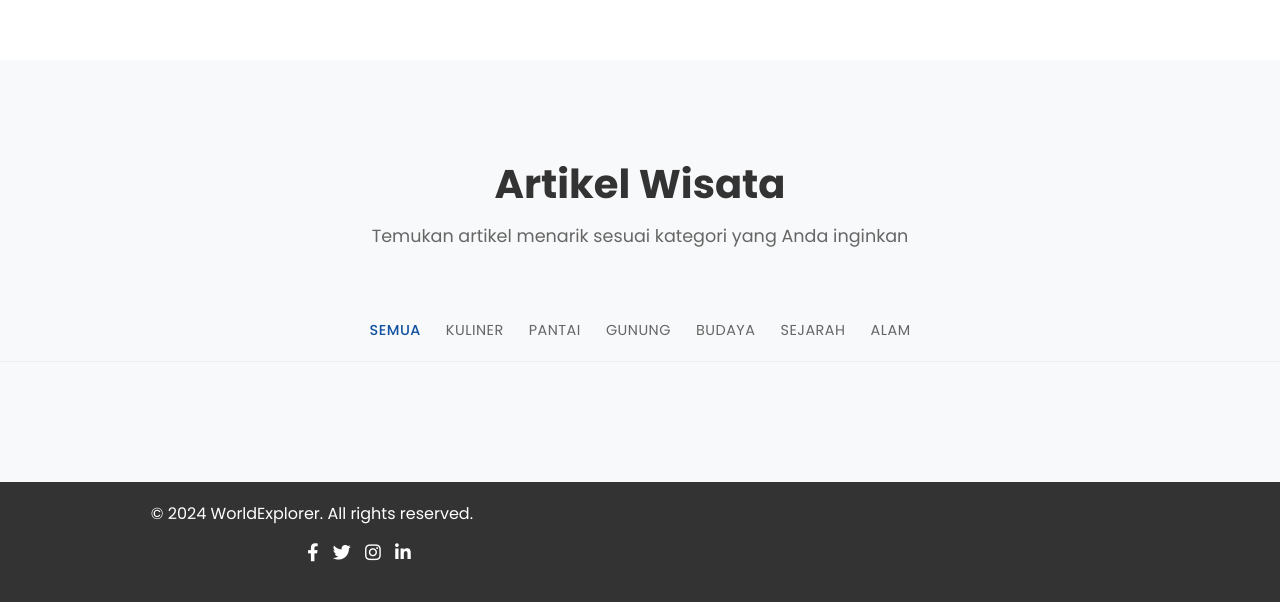
Repository: jalssonn/UAS_FRONTEND_NEW
Page: frontend/index.html
These files come from the project's save history. The page is drawn as it stood at one moment and after the next save; the edit follows.
The browser window is 1280 px wide. The pictures show the part of the page from y = 3750 to 4352 px (the page is 4352 px tall).
A picture or video elsewhere on the page could not be fetched, so the positions and the page height are approximate. The page's requests for data from a server got no answer.

Above is the page before, as saved 2024-12-06 04:06:21.

### frontend/index.html
<!DOCTYPE html>
<html ng-app="articleApp">
<head>
    <title>WorldExplorer</title>
    <!-- Fonts -->
    <link href="https://fonts.googleapis.com/css2?family=Poppins:wght@400;500;600;700&display=swap" rel="stylesheet">

    <!-- Dependencies -->
    <script src="https://ajax.googleapis.com/ajax/libs/angularjs/1.8.2/angular.min.js"></script>
    <link href="https://cdn.jsdelivr.net/npm/bootstrap@5.1.3/dist/css/bootstrap.min.css" rel="stylesheet">
    <link rel="stylesheet" href="https://cdnjs.cloudflare.com/ajax/libs/font-awesome/5.15.4/css/all.min.css">

    <!-- Custom CSS -->
    <link rel="stylesheet" href="styles/main.css">
</head>
<body>
    <div ng-controller="ArticleController">
        <!-- Navbar -->
        <nav class="navbar navbar-expand-lg">
            <div class="container">
                <a class="navbar-brand" href="#">
                    <i class="fas fa-globe-asia me-2"></i>WorldExplorer
                </a>
                <div class="d-flex align-items-center">
                    <div ng-if="isLoggedIn()">
                        <a href="profile.html" class="btn btn-light me-2">
                            <i class="fas fa-user"></i> {{user.username}}
                        </a>
                        <a href="/admin/dashboard.html" class="btn btn-primary me-2" ng-if="user.role === 'admin'">
                            Admin Dashboard
                        </a>
                        <button class="btn btn-outline-light" ng-click="logout()">Logout</button>
                    </div>
                    <div ng-if="!isLoggedIn()">
                        <a href="login.html" class="btn btn-outline-light me-2">Login</a>
                        <a href="register.html" class="btn btn-light">Register</a>
                    </div>
                </div>
            </div>
        </nav>

        <!-- Hero Section with Carousel Background -->
        <div class="hero-section">
            <div class="carousel-background"
                 ng-repeat="image in backgroundImages"
                 ng-style="{'background-image': 'url(' + image + ')'}"
                 ng-class="{'active': $index === currentBackgroundIndex, 'prev': $index === prevBackgroundIndex}">
                <div class="overlay"></div>
            </div>

            <div class="hero-content">
                <h1>WorldExplorer</h1>
                <p>Temukan destinasi wisata impian Anda dari berbagai penjuru dunia</p>

                <!-- Search Box -->
                <div class="search-container">
                    <form ng-submit="searchArticles()" class="search-form">
                        <div class="search-wrapper">
                            <input type="text"
                                   ng-model="searchQuery"
                                   placeholder="Cari destinasi wisata impian Anda..."
                                   class="search-input"
                                   required>
                            <button type="submit" class="search-button">
                                <i class="fas fa-search"></i>
                            </button>
                        </div>
                    </form>
                </div>
            </div>
        </div>

        <!-- Why WorldExplorer Section -->
        <div class="why-aviatour-section">
            <h2 class="section-title">Why WorldExplorer</h2>

            <div class="features-container">
                <div class="feature-item">
                    <div class="feature-content">
                        <h3>Penyedia Perjalanan Terbaik</h3>
                        <p>Kami berkomitmen menjadikan setiap liburan Anda penuh cerita berharga...</p>
                    </div>
                    <div class="feature-image">
                        <img src="images/feature-1.jpg" alt="Penyedia Perjalanan Terbaik">
                    </div>
                </div>

                <div class="feature-item reverse">
                    <div class="feature-content">
                        <h3>Layanan Agen Berpengalaman</h3>
                        <p>Dengan jam terbang yang tinggi, tim kami siap memberikan solusi terbaik...</p>
                    </div>
                    <div class="feature-image">
                        <img src="images/feature-2.jpg" alt="Layanan Agen Berpengalaman">
                    </div>
                </div>

                <div class="feature-item">
                    <div class="feature-content">
                        <h3>Pelayanan Premium dan Personal</h3>
                        <p>Rasakan perbedaan dengan pelayanan terbaik dan personal yang kami tawarkan...</p>
                    </div>
                    <div class="feature-image">
                        <img src="images/feature-3.jpg" alt="Pelayanan Premium">
                    </div>
                </div>

                <div class="feature-item reverse">
                    <div class="feature-content">
                        <h3>Nikmati Liburan Tanpa Beban</h3>
                        <p>Rasakan kebebasan sejati saat berlibur! Dengan pelayanan menyeluruh di setiap aspek...</p>
                    </div>
                    <div class="feature-image">
                        <img src="images/feature-4.jpg" alt="Liburan Tanpa Beban">
                    </div>
                </div>
            </div>
        </div>

        <!-- Loading State -->
        <div ng-if="loading" class="loading-spinner">
            <i class="fas fa-spinner fa-spin fa-2x"></i>
            <p>Memuat artikel...</p>
        </div>

        <!-- Error Message -->
        <div ng-if="error" class="alert alert-danger">
            <i class="fas fa-exclamation-circle me-2"></i>{{error}}
        </div>

        <!-- Travel Tips Section -->
        <div class="travel-tips-section">
            <div class="section-header">
                <h2>Travel Tips</h2>
                <p>Kiat-kiat perjalanan untuk pengalaman wisata yang lebih baik</p>
            </div>

            <button class="travel-nav-btn prev" ng-click="prevTip()">
                <i class="fas fa-chevron-left"></i>
            </button>
            <button class="travel-nav-btn next" ng-click="nextTip()">
                <i class="fas fa-chevron-right"></i>
            </button>

            <div class="travel-tips-container">
                <div class="tip-card" ng-repeat="tip in travelTips">
                    <img ng-src="{{tip.image}}" alt="{{tip.title}}">
                    <div class="tip-content">
                        <h3 class="tip-title">{{tip.title}}</h3>
                        <a href="{{tip.link}}" class="tip-link">
                            SEE MORE <i class="fas fa-arrow-right"></i>
                        </a>
                    </div>
                </div>
            </div>
        </div>

        <!-- Filter Section -->
        <div class="filter-title-section">
            <h2>Artikel Wisata</h2>
            <p>Temukan artikel menarik sesuai kategori yang Anda inginkan</p>
        </div>

        <div class="filter-section">
            <div class="category-list">
                <button class="category-btn"
                        ng-class="{'active': filter.category === ''}"
                        ng-click="filterByCategory('')">
                    Semua
                </button>
                <button class="category-btn"
                        ng-repeat="category in categories"
                        ng-class="{'active': filter.category === category}"
                        ng-click="filterByCategory(category)">
                    {{category}}
                </button>
            </div>
        </div>

        <!-- Articles List -->
        <div class="article-container">
            <div class="article-card" ng-repeat="article in articles">
                <img ng-src="{{article.image}}" alt="{{article.title}}" class="article-image">
                <div class="article-content">
                    <h3 class="article-title">{{article.title}}</h3>
                    <p class="article-description">{{article.content | truncate:100}}</p>
                    <div class="article-meta">
                        <span class="category">
                            <i class="fas fa-tag"></i> {{article.category}}
                        </span>
                        <span class="country">
                            <i class="fas fa-globe"></i> {{article.country}}
                        </span>
                    </div>
                    <button class="read-more-btn" ng-click="readMore(article)">
                        Baca Selengkapnya
                    </button>
                </div>
            </div>
        </div>

        <!-- View More Articles -->
        <div class="view-more-container" ng-if="articles.length > 0">
            <button class="view-more-btn" ng-click="viewAllArticles()">
                View More Articles <i class="fas fa-arrow-right"></i>
            </button>
        </div>

        <!-- Footer Section -->
        <footer class="footer">
            <div class="container">
                <div class="row justify-content-center">
                    <div class="col-auto text-center">
                        <p>&copy; 2024 WorldExplorer. All rights reserved.</p>
                    </div>
                    <div class="col-md-6 text-md-end">
                        <ul class="social-links">
                            <li><a href="#" class="fab fa-facebook-f"></a></li>
                            <li><a href="#" class="fab fa-twitter"></a></li>
                            <li><a href="#" class="fab fa-instagram"></a></li>
                            <li><a href="#" class="fab fa-linkedin-in"></a></li>
                        </ul>
                    </div>
                </div>
            </div>
        </footer>

    </div>

    <script src="script.js"></script>
</body>
</html>

### frontend/styles/main.css
/* Layout & General Styles */
body {
    background-color: #f8f9fa;
    font-family: 'Poppins', sans-serif;
}

.content-wrapper {
    padding: 40px 0;
    background-color: #ffffff;
    min-height: 100vh;
}

.section-title {
    color: #1e3c72;
    font-weight: 700;
    margin-bottom: 2rem;
    text-align: center;
    position: relative;
    padding-bottom: 15px;
}

.section-title:after {
    content: '';
    position: absolute;
    bottom: 0;
    left: 50%;
    transform: translateX(-50%);
    width: 50px;
    height: 3px;
    background: #1e3c72;
}

/* Navbar Styling */
.navbar {
    background: linear-gradient(to right, #1e3c72, #2a5298) !important;
    box-shadow: 0 4px 6px rgba(0,0,0,0.1);
    padding: 1rem 0;
}

.navbar-brand {
    font-size: 1.5rem;
    font-weight: 700;
    color: white !important;
}

.navbar .btn {
    border-radius: 20px;
    padding: 8px 20px;
    transition: all 0.3s ease;
}

.navbar .btn-outline-primary {
    border-color: white;
    color: white !important;
}

.navbar .btn-outline-primary:hover {
    background-color: white;
    color: #1e3c72 !important;
}

/* Card Styling */
.card {
    border: none;
    border-radius: 15px;
    transition: all 0.3s ease;
    box-shadow: 0 4px 6px rgba(0,0,0,0.1);
    overflow: hidden;
}

.card:hover {
    transform: translateY(-5px);
    box-shadow: 0 8px 15px rgba(0,0,0,0.2);
}

.card-img-top {
    height: 200px;
    object-fit: cover;
    transition: transform 0.3s ease;
}

.card:hover .card-img-top {
    transform: scale(1.05);
}

.card-body {
    padding: 1.5rem;
}

.card-title {
    color: #1e3c72;
    font-weight: 600;
    margin-bottom: 1rem;
}

/* Category Badge */
.category-badge {
    background: linear-gradient(to right, #1e3c72, #2a5298);
    color: white;
    padding: 6px 15px;
    border-radius: 20px;
    font-size: 0.85em;
    font-weight: 500;
    display: inline-block;
    margin-bottom: 12px;
    box-shadow: 0 2px 4px rgba(30,60,114,0.2);
}

/* Filter Section */
.filter-card {
    background: white;
    border-radius: 15px;
    padding: 20px;
    margin-bottom: 30px;
    margin-top: 100px;
    box-shadow: 0 4px 6px rgba(0,0,0,0.05);
}

.form-select {
    border-radius: 10px;
    padding: 10px;
    border-color: #e0e0e0;
}

.form-select:focus {
    border-color: #1e3c72;
    box-shadow: 0 0 0 0.2rem rgba(30,60,114,0.25);
}



/* Loading State */
.loading-spinner {
    text-align: center;
    padding: 40px;
    color: #1e3c72;
}

/* Error Message */
.alert-danger {
    border-radius: 10px;
    border: none;
    background-color: #fff5f5;
    color: #dc3545;
    padding: 15px 20px;
}

/* Responsive Adjustments */
@media (max-width: 768px) {
    .card-img-top {
        height: 180px;
    }

    .content-wrapper {
        padding: 20px 0;
    }

    .section-title {
        font-size: 1.5rem;
    }
}

/* Container untuk grid artikel */
.article-container {
    display: grid;
    grid-template-columns: repeat(3, 1fr); /* 3 kolom dengan lebar yang sama */
    gap: 20px;
    padding: 60px;
}

/* Style untuk setiap card artikel */
.article-card {
    background: white;
    border-radius: 15px;
    overflow: hidden;
    box-shadow: 0 4px 15px rgba(0, 0, 0, 0.1);
    transition: transform 0.3s ease;
    margin-bottom: 20px;
}

.article-card:hover {
    transform: translateY(-5px);
}

.article-image {
    width: 100%;
    height: 200px;
    object-fit: cover;
}

.article-content {
    padding: 20px;
}

.article-title {
    font-size: 1.2rem;
    font-weight: 600;
    margin-bottom: 10px;
    color: #333;
}

.article-description {
    font-size: 0.9rem;
    color: #666;
    line-height: 1.5;
    margin-bottom: 15px;
}

.article-meta {
    display: flex;
    gap: 15px;
    margin-bottom: 15px;
    font-size: 0.85rem;
    color: #666;
}

.article-meta span {
    display: flex;
    align-items: center;
    gap: 5px;
}

.article-meta i {
    color: #2196F3;
}

.read-more-btn {
    background: linear-gradient(45deg, #2196F3, #00BCD4);
    color: white;
    border: none;
    padding: 8px 15px;
    border-radius: 20px;
    font-size: 0.9rem;
    cursor: pointer;
    transition: all 0.3s ease;
}

.read-more-btn:hover {
    background: linear-gradient(45deg, #1976D2, #0097A7);
    transform: translateY(-2px);
}

/* Responsive design */
@media (max-width: 768px) {
    .article-image {
        height: 150px;
    }

    .article-content {
        padding: 15px;
    }

    .article-title {
        font-size: 1.1rem;
    }
}

/* Hero Section dengan Slide Carousel */
.hero-section {
    position: relative;
    min-height: 100vh;
    display: flex;
    align-items: center;
    justify-content: center;
    overflow: hidden;
}

.carousel-background {
    position: absolute;
    top: 0;
    left: 0;
    width: 100%;
    height: 100%;
    background-size: cover;
    background-position: center;
    opacity: 0;
    transition: all 1s ease;
    transform: translateX(100%);
}

.carousel-background.active {
    opacity: 1;
    transform: translateX(0);
}

.carousel-background.prev {
    opacity: 1;
    transform: translateX(-100%);
}

.overlay {
    position: absolute;
    top: 0;
    left: 0;
    width: 100%;
    height: 100%;
    background: rgba(44, 44, 84, 0.7);
}

.hero-content {
    position: relative;
    z-index: 2;
    text-align: center;
    max-width: 800px;
    padding: 0 20px;
    color: white;
}
.hero-content h1 {
    font-size: 3rem;
    font-weight: 700; /* Ubah font-weight menjadi lebih tebal */
    color: white;
    margin-bottom: 20px;
}

.hero-content p {
    font-size: 1.2rem;
    font-weight: 500; /* Sesuaikan font-weight untuk paragraf */
    color: white;
}

/* Tambahkan indikator dots */
.carousel-dots {
    position: absolute;
    bottom: 20px;
    left: 50%;
    transform: translateX(-50%);
    display: flex;
    gap: 10px;
    z-index: 3;
}

.dot {
    width: 10px;
    height: 10px;
    border-radius: 50%;
    background: rgba(255, 255, 255, 0.5);
    cursor: pointer;
    transition: all 0.3s ease;
}

.dot.active {
    background: white;
    transform: scale(1.2);
}

/* Search Box Styling */
.search-container {
    width: 100%;
    max-width: 600px;
    margin: 2rem auto;
    padding: 0 20px;
}

/* Wrapper untuk efek hover */
.search-wrapper {
    position: relative;
    display: flex;
    align-items: center;
    background: rgba(255, 255, 255, 0.95);
    border-radius: 50px;
    padding: 5px;
    box-shadow: 0 4px 15px rgba(0, 0, 0, 0.2);
    transition: all 0.3s ease;
}

.search-wrapper:hover {
    transform: translateY(-2px);
    box-shadow: 0 8px 25px rgba(0, 0, 0, 0.3);
}

/* Input pencarian */
.search-input {
    width: 100%;
    padding: 15px 25px;
    font-size: 1.1rem;
    border: none;
    background: transparent;
    color: #333;
    outline: none;
    transition: all 0.3s ease;
}

.search-input::placeholder {
    color: #888;
    transition: all 0.3s ease;
}

.search-input:focus::placeholder {
    opacity: 0.5;
}

/* Tombol submit */
.search-button {
    background: linear-gradient(45deg, #2196F3, #00BCD4);
    border: none;
    width: 50px;
    height: 50px;
    border-radius: 50%;
    display: flex;
    align-items: center;
    justify-content: center;
    cursor: pointer;
    transition: all 0.3s ease;
    margin-right: 5px;
}

.search-button:hover {
    transform: rotate(360deg);
    background: linear-gradient(45deg, #1976D2, #0097A7);
}

.search-button i {
    color: white;
    font-size: 1.2rem;
}

/* Animasi loading saat pencarian */
.search-wrapper.loading .search-button {
    animation: pulse 1.5s infinite;
}

@keyframes pulse {
    0% {
        transform: scale(1);
    }
    50% {
        transform: scale(1.1);
    }
    100% {
        transform: scale(1);
    }
}

/* Responsive design */
@media (max-width: 768px) {
    .search-container {
        max-width: 100%;
        padding: 0 15px;
    }

    .search-input {
        font-size: 1rem;
        padding: 12px 20px;
    }

    .search-button {
        width: 45px;
        height: 45px;
    }
}

/* Efek focus */
.search-wrapper:focus-within {
    box-shadow: 0 0 0 3px rgba(33, 150, 243, 0.3);
}

/* Animasi ketika form muncul */
.search-container {
    animation: slideDown 0.5s ease-out;
}

@keyframes slideDown {
    from {
        opacity: 0;
        transform: translateY(-20px);
    }
    to {
        opacity: 1;
        transform: translateY(0);
    }
}

/* Reset default margin/padding */
body, html {
    margin: 0;
    padding: 0;
    height: 100%;
}

/* Responsive Design */
@media (max-width: 768px) {
    .hero-content h1 {
        font-size: 2.5rem;
    }

    .hero-content p {
        font-size: 1rem;
    }

    .search-input {
        padding: 15px 50px;
        font-size: 1rem;
    }
}

/* Filter Section Styling */
.filter-section {
    padding: 15px 0;
    border-bottom: 1px solid #eee;
    text-align: center;
    margin-top: 50px;
}

.category-list {
    max-width: 1200px;
    margin: 0 auto;
    padding: 0 20px;
    display: flex;
    gap: 25px;
    align-items: center;
    justify-content: center;
}

.category-btn {
    background: none;
    border: none;
    padding: 5px 0;
    color: #666;
    font-size: 0.9rem;
    cursor: pointer;
    transition: color 0.3s ease;
    text-transform: uppercase;
    letter-spacing: 0.5px;
}

.category-btn:hover {
    color: #13529f;
}

.category-btn.active {
    color: #13529f;;
    font-weight: 500;
}

/* Styling untuk judul */
.filter-title-section {
    text-align: center;
    margin-bottom: 30px;
    margin-top: 100px;
}

.filter-title-section h2 {
    font-size: 2.5rem;  /* Ukuran font diperbesar */
    color: #333;
    margin-bottom: 15px;
    font-weight: 700;   /* Font weight ditambah */
}

.filter-title-section p {
    color: #666;
    font-size: 1.1rem;  /* Ukuran font deskripsi diperbesar sedikit */
    font-weight: 400;   /* Font weight normal untuk deskripsi */
}

/* View More Button Styling */
.view-more-container {
    text-align: center;
    margin: 40px 0;
    padding: 20px;
}

.view-more-btn {
    background: linear-gradient(45deg, #2196F3, #00BCD4);
    color: white;
    border: none;
    padding: 12px 30px;
    border-radius: 25px;
    font-size: 1rem;
    cursor: pointer;
    transition: all 0.3s ease;
    box-shadow: 0 4px 15px rgba(0, 0, 0, 0.1);
    display: inline-flex;
    align-items: center;
    gap: 10px;
}

.view-more-btn:hover {
    background: linear-gradient(45deg, #1976D2, #0097A7);
    transform: translateY(-2px);
    box-shadow: 0 6px 20px rgba(0, 0, 0, 0.15);
}

.view-more-btn i {
    transition: transform 0.3s ease;
}

.view-more-btn:hover i {
    transform: translateX(5px);
}

/* Pagination */
.pagination {
    justify-content: center;
}

.pagination .page-link {
    color: #1e3c72;
    border: none;
    padding: 10px 15px;
    margin: 0 5px;
    border-radius: 5px;
    transition: all 0.3s ease;
}

.pagination .page-link:hover {
    background-color: #e9ecef;
}

.pagination .active .page-link {
    background-color: #1e3c72;
    color: white;
}

/* Back Button in Navbar */
.back-button {
    background: none;
    color: white;
    border: none;
    padding: 8px 16px;
    border-radius: 8px;
    font-size: 16px;
    cursor: pointer;
    transition: all 0.3s ease;
    display: inline-flex;
    align-items: center;
    gap: 8px;
    margin-right: auto; /* Agar tombol berada di sebelah kiri */
}

.back-button:hover {
    background: rgba(255, 255, 255, 0.1);
}

/* Travel Tips Section */
.travel-tips-section {
    position: relative;
    padding: 80px 60px;
    background-color: #ffffff;
    overflow: hidden;
}

.section-header {
    text-align: center;
    margin-bottom: 50px;
}

.section-header h2 {
    font-size: 2.5rem;
    color: #1e3c72;
    margin-bottom: 15px;
    font-weight: 700;
}

.section-header p {
    color: #666;
    font-size: 1.1rem;
}

.travel-tips-container {
    position: relative;
    overflow: hidden;
    display: flex;
    gap: 20px;
    max-width: 1200px;
    margin: 0 auto;
    overflow-x: auto;
    padding: 20px 0;
    scrollbar-width: none; /* Firefox */
    -ms-overflow-style: none; /* IE and Edge */
}

.travel-tips-container::-webkit-scrollbar {
    display: none; /* Chrome, Safari and Opera */
}

.tip-card {
    min-width: 300px;
    height: 400px;
    position: relative;
    border-radius: 15px;
    overflow: hidden;
    flex-shrink: 0;
}

.tip-card img {
    width: 100%;
    height: 100%;
    object-fit: cover;
    transition: transform 0.3s ease;
}

.tip-card:hover img {
    transform: scale(1.05);
}

.tip-content {
    position: absolute;
    bottom: 0;
    left: 0;
    right: 0;
    padding: 20px;
    background: linear-gradient(to top, rgba(0,0,0,0.8), transparent);
    color: white;
}

.tip-title {
    font-size: 1.5rem;
    font-weight: 700;
    margin-bottom: 10px;
    text-transform: uppercase;
}

.tip-link {
    color: white;
    text-decoration: none;
    font-weight: 500;
    display: inline-flex;
    align-items: center;
    gap: 5px;
    transition: all 0.3s ease;
}

.tip-link:hover {
    gap: 10px;
}

@media (max-width: 768px) {
    .travel-tips-section {
        padding: 40px 20px;
    }

    .section-header h2 {
        font-size: 2rem;
    }

    .tip-card {
        min-width: 250px;
        height: 350px;
    }
}

/* Tambahkan style untuk tombol navigasi */
.travel-nav-btn {
    position: absolute;
    top: 50%;
    transform: translateY(-50%);
    width: 40px;
    height: 40px;
    border-radius: 50%;
    background: rgba(255, 255, 255, 0.9);
    border: none;
    cursor: pointer;
    display: flex;
    align-items: center;
    justify-content: center;
    box-shadow: 0 2px 10px rgba(0,0,0,0.1);
    z-index: 10;
    transition: all 0.3s ease;
}

.travel-nav-btn:hover {
    background: white;
    box-shadow: 0 4px 15px rgba(0,0,0,0.2);
    transform: translateY(-50%) scale(1.1);
}

.travel-nav-btn.prev {
    left: 20px;
}

.travel-nav-btn.next {
    right: 20px;
}

.travel-nav-btn i {
    color: #1e3c72;
    font-size: 1.2rem;
}

@media (max-width: 768px) {
    .travel-nav-btn {
        width: 35px;
        height: 35px;
    }

    .travel-nav-btn.prev {
        left: 10px;
    }

    .travel-nav-btn.next {
        right: 10px;
    }
}

/* Why AVIATOUR Section */
.why-aviatour-section {
    padding: 80px 0;
    background: #fff;
}

.section-title {
    text-align: center;
    font-size: 2.5rem;
    font-weight: 700;
    color: #333;
    margin-bottom: 60px;
}

.features-container {
    max-width: 1200px;
    margin: 0 auto;
    padding: 0 20px;
}

.feature-item {
    display: flex;
    align-items: center;
    margin-bottom: 80px;
    gap: 50px;
}

.feature-item.reverse {
    flex-direction: row-reverse;
}

.feature-content {
    flex: 1;
}

.feature-content h3 {
    font-size: 1.8rem;
    font-weight: 600;
    color: #333;
    margin-bottom: 20px;
}

.feature-content p {
    font-size: 1.1rem;
    line-height: 1.6;
    color: #666;
}

.feature-image {
    flex: 1;
    border-radius: 10px;
    overflow: hidden;
    box-shadow: 0 10px 30px rgba(0,0,0,0.1);
}

.feature-image img {
    width: 100%;
    height: 400px;
    object-fit: cover;
    transition: transform 0.3s ease;
}

.feature-image img:hover {
    transform: scale(1.05);
}

/* Responsive Design */
@media (max-width: 768px) {
    .feature-item,
    .feature-item.reverse {
        flex-direction: column;
        gap: 30px;
    }

    .feature-content {
        text-align: center;
    }

    .feature-image img {
        height: 300px;
    }
}
.footer {
    position: relative;
    bottom: 0;
    width: 100%;
    padding: 20px 0;
    background-color: #333;
    text-align: center;
    color: #fff;
}

.footer .container {
    display: flex;
    justify-content: space-between;
    align-items: center;
}

.footer .social-links {
    list-style: none;
    padding: 0;
}

.footer .social-links li {
    display: inline-block;
    margin-right: 10px;
}

.footer .social-links a {
    color: #fff;
    font-size: 18px;
    text-decoration: none;
}

.footer .social-links a:hover {
    color: #007bff;
}

Loaded but not shown: frontend/script.js (216 lines, source omitted)

After the next save:
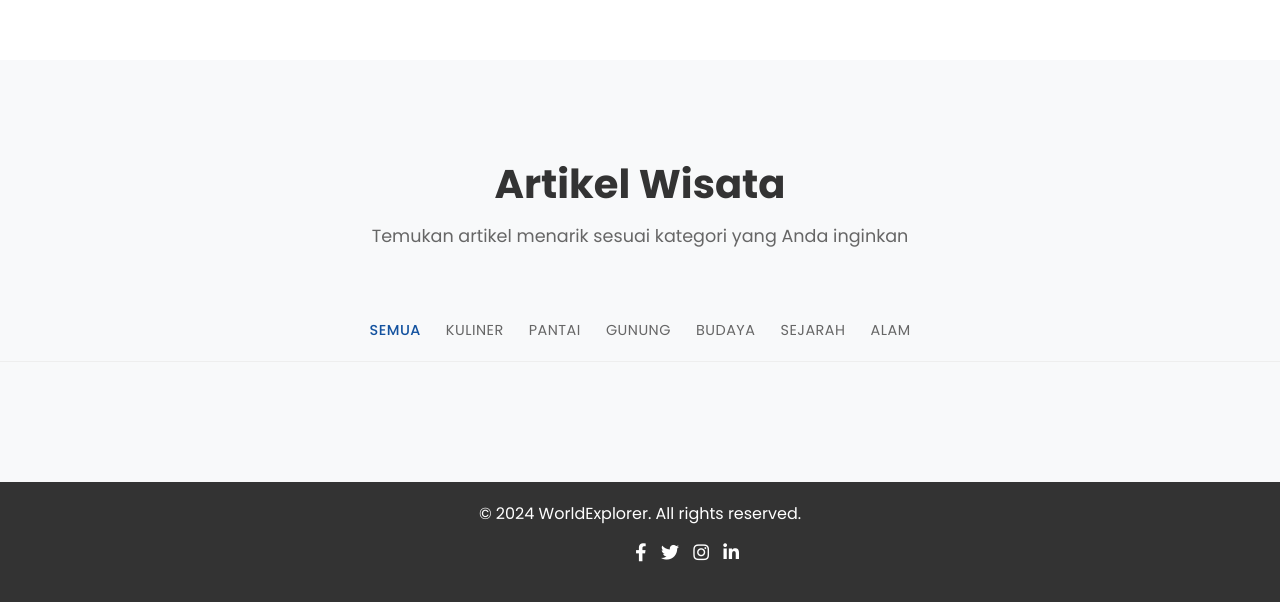
Saved 2 min 22 s later.
--- a/frontend/styles/main.css
+++ b/frontend/styles/main.css
@@ -886,7 +886,7 @@ body, html {
 
 .footer .container {
     display: flex;
-    justify-content: space-between;
+    justify-content: center;
     align-items: center;
 }
 
